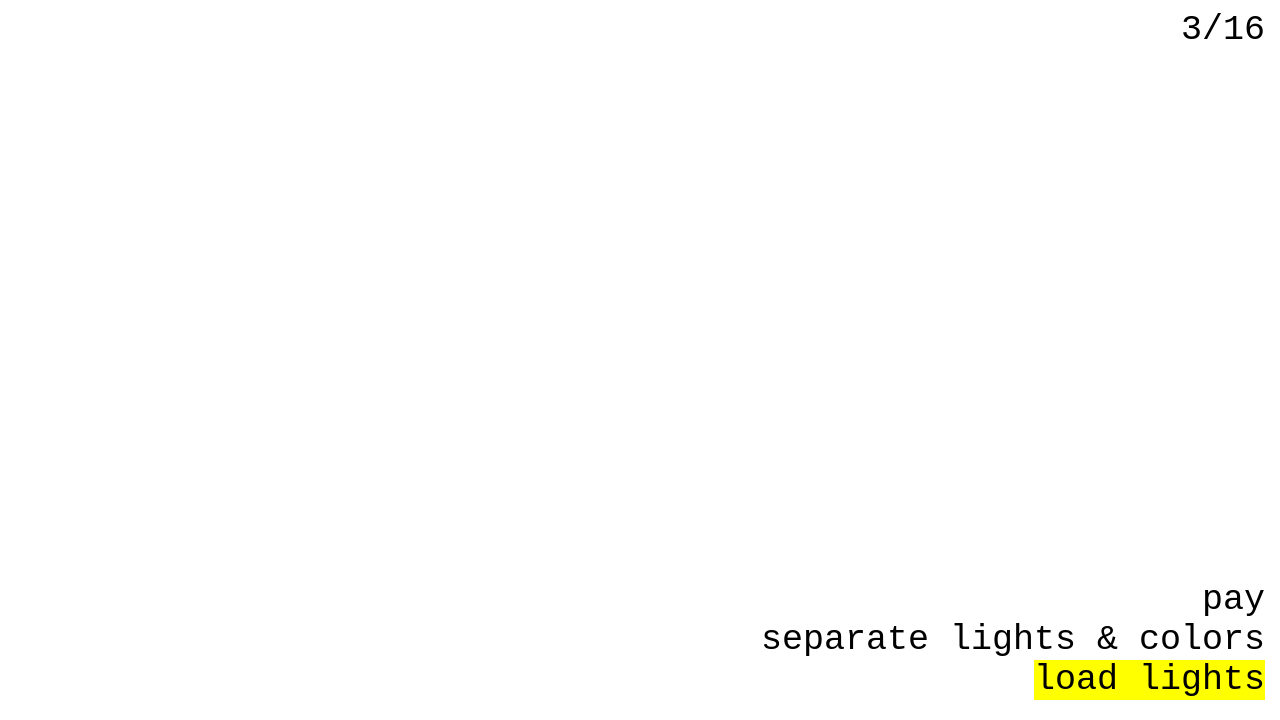
Repository: ortik455/ortik455.github.io
Page: studio/laundrysite/three.html
The author's editor kept a record of every edit. The page is drawn from the files as they stood at one moment, then again after the next edit.
The browser window is 1280 px wide. The pictures show the whole page.

Above is the page before.

### studio/laundrysite/three.html
<!DOCTYPE html>
<html>
	<head>
	    <link href='http://fonts.googleapis.com/css?family=Inconsolata' rel='stylesheet' type='text/css'>
		<link rel="icon" href="../../studio/favicon.png" sizes="16x16 32x32" type="image/png">
		<link href="laundry.css" rel="stylesheet" type="text/css">
		<title>3/16</title>
	</head>

	<body>
<!--class to call out all the text and use id="" to call out
individual things but dont use ids... -->
	  <div class="text">
		<div class="number">
	  		3/16
	  	</div>
		<div class="steps">
		  	pay<br>
		  	separate lights &amp; colors
		  	<br>
		  	<mark>load lights</mark>
		</div>
	  </div>

	</body>
</html>

### studio/laundrysite/laundry.css
*, *:before, *:after {
    -webkit-box-sizing: border-box;
       -moz-box-sizing: border-box;
            box-sizing: border-box;

}
.timerbox {
    background: #000000;
    float: left;
    width: 50%;
    height: 900px;
}
.timer {
    position: absolute;
    background: #000000;
    color: #ffffff;
    top: 50%;
    left: 275px;
    font-size: 60px;
}
.timer2 {
    position: absolute;
    background: #000000;
    color: #ffffff;
    top: 50%;
    left: 275px;
    font-size: 60px;
}

body{
	background: #FFFFFF;
	font-size: 0px;
	margin: 0;
	font-family: Courier New, sans-serif;
	height: 100%;
}
.start{
    background-color: #000000;
    font-size: 50px;
    letter-spacing: 6px;
    position: absolute;
    bottom: 50%;
    margin-left: 20px;
}
.mark {
    background-color: #000000;
    color: #FFFFFF;
}
.text {
	font-size: 35px;
    width: 50%;
    height: 715px;
    float: left;
}
.photos {
    width: 50%;
    height: 100%;
    float: left;
    overflow: hidden;
}
.number {
   font-size: 35px;
   position: fixed;
   top: 0px;
   right: 0px;
   padding: 10px 15px 20px 5px;
}
.steps {
   font-size: 35px;
   text-align: right;
   position: fixed;
   bottom: 0px;
   right: 0px;
   padding: 10px 15px 20px 5px;

}
a:link {
    text-decoration:none;
    color: #000000;
    }
a:visited {
    color: #000000;
}
.photos:hover img {
    transform: scale(1.1);
}
.photos img {
    transition: transform 2s ease;
}

After the next edit:
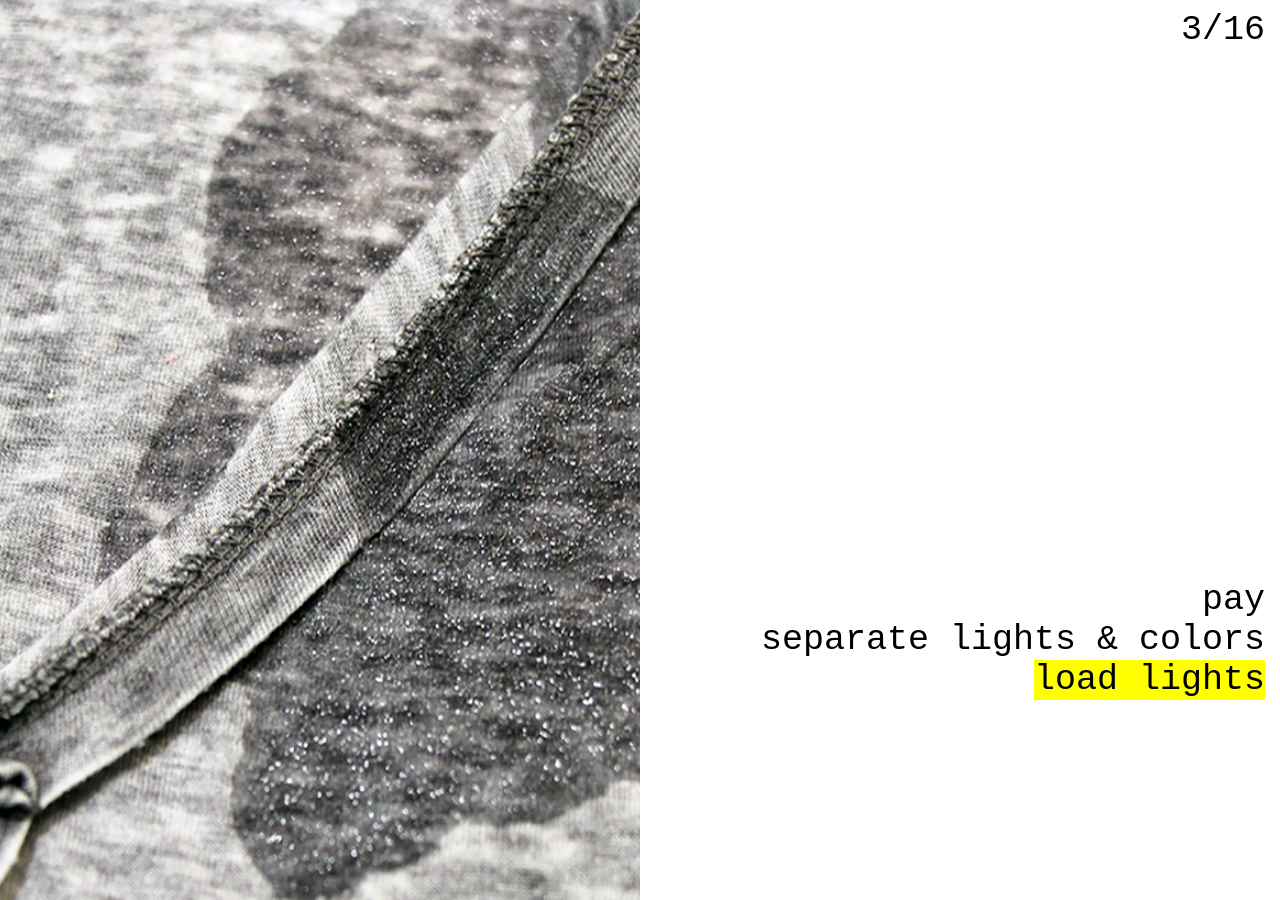
The edit:
--- a/studio/laundrysite/three.html
+++ b/studio/laundrysite/three.html
@@ -8,8 +8,10 @@
 	</head>
 
 	<body>
-<!--class to call out all the text and use id="" to call out
-individual things but dont use ids... -->
+
+	  <div class="photos">
+	  	<a href="four.html"><img src="photos/loadlights.png"  alt=""></a>
+	  </div>
 	  <div class="text">
 		<div class="number">
 	  		3/16
